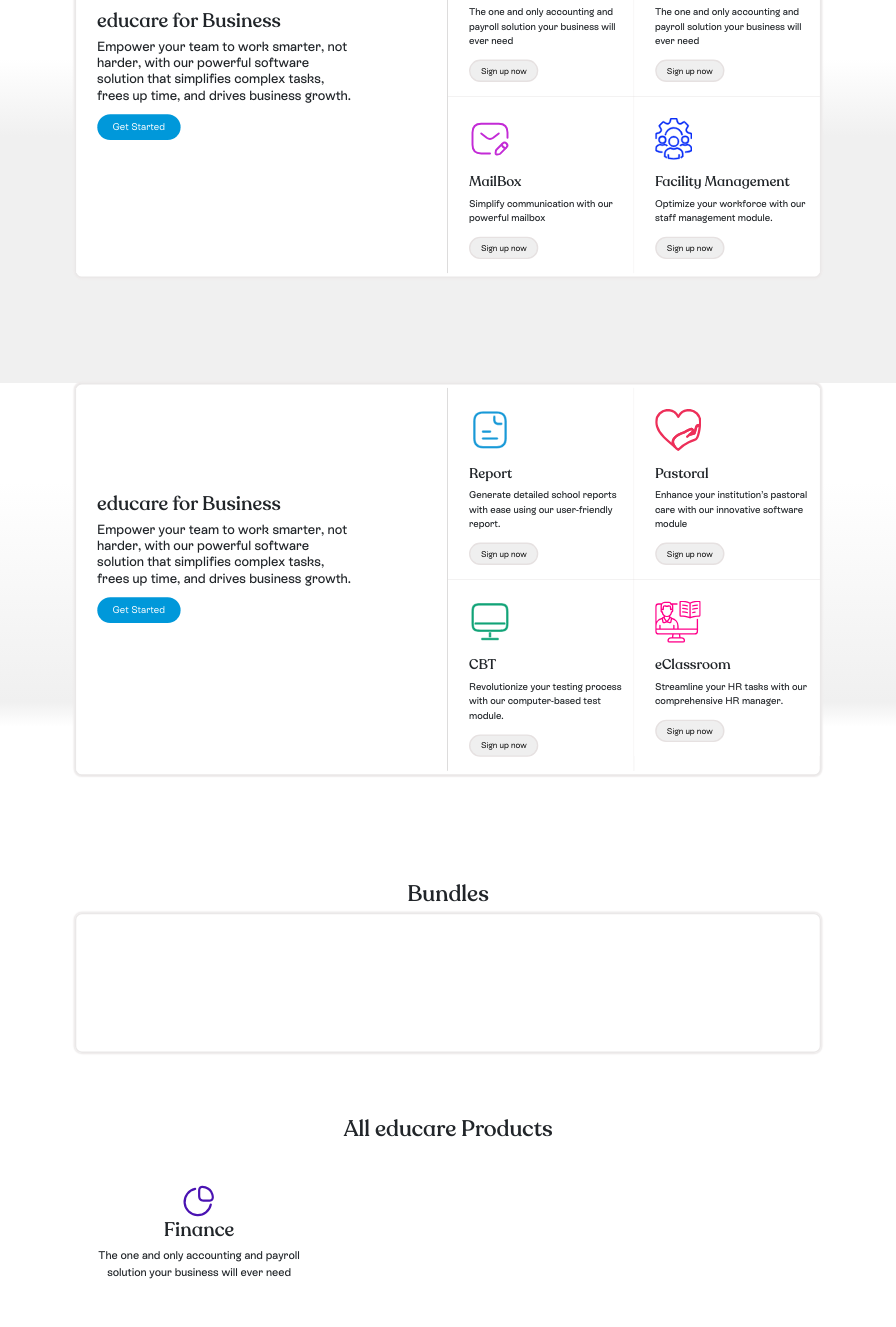
Repository: sarahnnanyelugo/educare-web
Page: /
The author's editor kept a copy of each file at every save. The page is drawn from the files as they stood at one save, then again after the next save.
The browser window is 1280 px wide. The pictures show the part of the page from y = 1343 to 3263 px (the page is 3239 px tall before and 3263 px after), at 70% of full size.
The project was rebuilt for these pictures with package versions that can differ from the ones it lists, and the page was loaded fresh each time.

Above is the page before, as saved 2023-04-05 10:14:30.

### src/App.jsx
import React from "react";
import logo from "./logo.svg";
import "./App.scss";
import "bootstrap/dist/css/bootstrap.min.css";
import { BrowserRouter, Routes, Route, Link, Outlet } from "react-router-dom";
import NavBar from "./components/NavBar/NavBar";
import { Home } from "./pages/Home/Home";

function App() {
  return (
    <>
      {" "}
      <NavBar />
      <Routes>
        <Route path="/" element={<Home />} />
      </Routes>
    </>
  );
}

export default App;

### src/App.scss
@font-face {
  font-family: rebondG;
  src: url(./assets/fonts/Rebond_font/RebondG.otf);
}
@font-face {
  font-family: rebondG-Bold;
  src: url(./assets/fonts/Rebond_font/RebondG-Bold.otf);
}
@font-face {
  font-family: rebondG-Medium;
  src: url(./assets/fonts/Rebond_font/RebondGrotesqueMedium.otf);
}

@font-face {
  font-family: recoMedium;
  src: url(./assets/fonts/Recoleto-font/RecoletaAlt-Medium.ttf);
}

h1,
h2,
h3,
h4,
h5,
h6 {
  font-family: recoMedium;
}
p {
  font-family: rebondG-Medium;
}
@media screen and (min-width: 620px) {
  .flexy {
    display: flex;
  }
}

### src/components/NavBar/NavBar.tsx
import React from "react";
import Logo from "../../assets/images/educare-logo.png";
import { Link, NavLink } from "react-router-dom";
import "./_navbar.scss";

function NavBar() {
  return (
    <div className="navbar-container">
      <div className="logo-holder  ">
        {" "}
        <Link to={"/"}>
          {" "}
          <img className="   logo" src={Logo} alt="Scholar" />
        </Link>
      </div>
      <ul className=" list-inline list-unstyled nav-links-container">
        <li className="list-inline-item">
          <NavLink to={""} className="nav-links">
            Solutions{" "}
            <span>
              <i className="icofont-curved-down"></i>
            </span>
          </NavLink>
        </li>{" "}
        <li className="list-inline-item">
          <NavLink to={""} className="nav-links">
            Resources
          </NavLink>
        </li>{" "}
        <li className="list-inline-item">
          <NavLink to={""} className="nav-links">
            Pricing
          </NavLink>
        </li>{" "}
        <li className="list-inline-item">
          <NavLink to={""} className="nav-links">
            Support
          </NavLink>
        </li>
      </ul>
      <div className="nav-buttons">
        <button className="sign-in-button">Log in</button>
        <button className="get-started-button">Get Started</button>
      </div>
    </div>
  );
}

export default NavBar;

### src/pages/Home/Home.tsx
import React from "react";
import { RandomComponent } from "./RandomComponent/RandomComponent";
import "./_home.scss";
import RedIcon from "../../assets/images/red-dots.svg";
import BlueIcon from "../../assets/images/blue-dots.svg";
import YellowIcon from "../../assets/images/yellow-dots.svg";
import HalfCircle from "../../assets/images/half-circle.svg";
import People from "../../assets/images/people.svg";
import Mail from "../../assets/images/edit.svg";
import People2 from "../../assets/images/people2.svg";
import Pastoral from "../../assets/images/pastoral.svg";
import Chart from "../../assets/images/chart.svg";
import Screen from "../../assets/images/screen.svg";
import Classroom from "../../assets/images/read-book.svg";
import Features from "./Features/Features";
import EducareProducts from "./EducareProducts/EducareProducts";

export const Home = () => {
  return (
    <>
      <div className="col-md-12 modern-solutions-container">
        <center>
          <div className="col-md-6">
            <h1>Modern solution for your Business</h1>
            <p>
              Unlock Your Business’s Potential with Cutting-Edge Software
              Solutions Designed to Streamline Operations, Optimize Performance,
              and Drive Growth.
            </p>
            <button className="gs-button">Get started</button>
            <button className="request-button">Request for a demo</button>
          </div>
        </center>
      </div>
      <div className="col-md-12 actions-container">
        <div className="col-md-4">
          <div className="col-md-9">
            {" "}
            <RandomComponent
              title="Pick your tools"
              icon={RedIcon}
              paragraph=" Unlock Your Business Potential with Cutting-Edge Software  Solutions Designed to Streamline"
            />
          </div>
        </div>
        <div className="col-md-4">
          <div className="col-md-9">
            {" "}
            <RandomComponent
              title="work smart not hard"
              icon={YellowIcon}
              paragraph="Choose from our wide range of tools and select the ones that best fit Your business’s unique needs and goals.”"
            />
          </div>
        </div>
        <div className="col-md-4">
          <div className="col-md-9">
            {" "}
            <RandomComponent
              title="We’ve got your back"
              icon={BlueIcon}
              paragraph="You can count on our support and expertise every step of the way, so you can focus on your business’s growth and success."
            />
          </div>
        </div>
      </div>
      <div className="features-heading">
        <center>
          <h1>Featured Products</h1>
        </center>
      </div>
      <div
        className="col-md-12  flexy features-holder"
        style={{ paddingBottom: "150px" }}
      >
        <div className="col-md-1">&nbsp;</div>
        <div className="col-md-10  features-container flexy">
          <div className="col-md-6 first-container">
            <h3>educare for Business</h3>
            <p>
              Empower your team to work smarter, not harder, with our powerful
              software solution that simplifies complex tasks, frees up time,
              and drives business growth.
            </p>
            <button>Get Started</button>
          </div>
          <div className="col-md-6">
            <div className="col-md-12 flexy">
              {" "}
              <div className="col-md-6 right-features">
                <Features
                  feature="Finance"
                  detail="The one and only accounting and payroll solution your business will ever need"
                  icon={HalfCircle}
                />{" "}
              </div>{" "}
              <div className="col-md-6">
                <Features
                  feature="HR Manager"
                  detail="The one and only accounting and payroll solution your business will ever need"
                  icon={People2}
                />{" "}
              </div>
            </div>
            <div className="col-md-12 flexy second-grid">
              {" "}
              <div className="col-md-6 right-features">
                <Features
                  feature="MailBox"
                  detail="Simplify communication with our powerful mailbox"
                  icon={Mail}
                />{" "}
              </div>{" "}
              <div className="col-md-6">
                <Features
                  feature="Facility Management"
                  detail="Optimize your workforce with our staff management module."
                  icon={People}
                />{" "}
              </div>
            </div>
          </div>
        </div>
      </div>{" "}
      <div className="col-md-12  flexy features-holder2">
        <div className="col-md-1">&nbsp;</div>
        <div className="col-md-10  features-container flexy ">
          <div className="col-md-6 first-container">
            <h3>educare for Business</h3>
            <p>
              Empower your team to work smarter, not harder, with our powerful
              software solution that simplifies complex tasks, frees up time,
              and drives business growth.
            </p>
            <button>Get Started</button>
          </div>
          <div className="col-md-6">
            <div className="col-md-12 flexy">
              {" "}
              <div className="col-md-6 right-features">
                <Features
                  feature="Report"
                  detail="Generate detailed school reports with ease using our user-friendly report."
                  icon={Chart}
                />{" "}
              </div>{" "}
              <div className="col-md-6">
                <Features
                  feature="Pastoral"
                  detail="Enhance your institution’s pastoral care with our innovative software module"
                  icon={Pastoral}
                />{" "}
              </div>
            </div>
            <div className="col-md-12 flexy second-grid">
              {" "}
              <div className="col-md-6 right-features">
                <Features
                  feature="CBT"
                  detail="Revolutionize your testing process with our computer-based test module."
                  icon={Screen}
                />{" "}
              </div>{" "}
              <div className="col-md-6">
                <Features
                  feature="eClassroom"
                  detail="Streamline your HR tasks with our comprehensive HR manager."
                  icon={Classroom}
                />{" "}
              </div>
            </div>
          </div>
        </div>
      </div>
      <center className="mt">
        <h2>Bundles</h2>
      </center>
      <div className="col-md-12 bundles-container flexy">
        <div className="col-md-1">&nbsp;</div>
        <div className="col-md-10 bundles"></div>
      </div>
      <center className="mt9">
        <h2>All educare Products</h2>
      </center>
      <div className="col-md-12 flexy">
        <div className="col-md-1">&nbsp;</div>
        <div className="col-md-10  flexy products-container">
          <div className="col-md-4 first-product-column">
            <EducareProducts
              productName="Finance"
              productDetail="The one and only accounting and payroll solution your business will ever need"
              productIcon={HalfCircle}
            />
          </div>
        </div>
      </div>
    </>
  );
};

### src/components/NavBar/_navbar.scss
@import "../../variables";
@import "../../shared-styles";

.navbar-container {
  background: inherit;
  padding: 5px 80px;
  display: flex;

  .logo-holder {
    flex-grow: 1;
  }
  .nav-links-container {
    flex-grow: 1;
    margin-top: 20px;
    .nav-links {
      margin: 20px;
      color: #6f6f71;
      text-decoration: none;
      font-family: rebondG-Bold;
    }
    li {
      padding: 3px 0px;
      border-radius: 35px;
      transition: 0.5s ease;
      &:hover {
        background: rgb(224, 222, 222) !important;

        border: solid 1px grey;
      }
    }
  }
  .nav-buttons {
    .get-started-button {
      @include get-started-button;
      margin-left: 10px;
      margin-top: 20px;
    }
    .sign-in-button {
      @include login-or-signup-button;
      margin-top: 20px;
    }
  }
}

### src/pages/Home/RandomComponent/RandomComponent.tsx
import React from "react";
import "./_random-component.scss";
export interface RandomComponentProps {
  title: string;
  paragraph: string;
  icon: string;
}
export const RandomComponent = (props: RandomComponentProps) => {
  return (
    <div className="col-md-12 random-container">
      <div className="heading">
        {" "}
        <img className="" src={props.icon} alt="Scholar" width="100%" />
        <h3>{props.title}</h3>
      </div>
      <p>{props.paragraph}</p>
    </div>
  );
};

### src/pages/Home/_home.scss
@import "../../variables";
@import "../../shared-styles";

.modern-solutions-container {
  padding-top: 80px;
  padding-bottom: 150px;
  background: rgb(240, 240, 240);
  background: linear-gradient(
    0deg,
    rgba(240, 240, 240, 1) 51%,
    rgba(255, 255, 255, 1) 67%
  );

  h1 {
    font-family: recoMedium;
  }
  p {
    font-family: rebondG-Medium;
    font-size: 20px;
    margin-top: 15px;
  }
  .gs-button {
    @include get-started-button;
  }
  .request-button {
    @include login-or-signup-button;
    margin-left: 5px;
  }
}
.actions-container {
  background: $lightblue;
  height: fit-content;
  display: flex;
  padding: 80px 100px;
}
.features-heading {
  margin-top: 170px;
  margin-bottom: 90px;
}
.features-container {
  border: solid 2px rgb(234, 232, 232);
  box-shadow: 0 0 2px 2px rgb(238, 235, 235);
  border-radius: 10px !important;
  height: fit-content;
  // margin-top: 20px;
  padding-bottom: 5px;
  padding-top: 5px;
  background: #fff;
  .first-container {
    padding-right: 130px;
    background: #fff;
    padding-left: 30px;
    border-right: solid 1px rgb(206, 205, 205);
    h3 {
      margin-top: 150px;
    }
    p {
      font-size: 19px;
      line-height: 23px;
    }
    button {
      @include get-started-button;
      margin-bottom: 120px;
    }
  }
  .second-grid {
    border-top: solid 1px rgb(231, 228, 228);
    // box-shadow: 0 0 1px 1px rgb(238, 235, 235);
  }
  .right-features {
    // box-shadow: 0 0 1px 1px rgb(238, 235, 235);
    border-right: solid 1px rgb(231, 228, 228);
  }
}
.features-holder {
  background: rgb(240, 240, 240);
  background: linear-gradient(
    0deg,
    rgba(240, 240, 240, 1) 51%,
    rgba(255, 255, 255, 1) 67%
  );
}
.features-holder2 {
  background: rgb(255, 255, 255);
  background: linear-gradient(
    0deg,
    rgba(255, 255, 255, 1) 31%,
    rgba(240, 240, 240, 1) 36%,
    rgba(255, 255, 255, 1) 80%
  );
  padding-bottom: 150px;
}
.bundles {
  border: solid 2px rgb(234, 232, 232);
  box-shadow: 0 0 2px 2px rgb(238, 235, 235);
  border-radius: 10px !important;
  height: 200px;
  // margin-top: 20px;
  padding-bottom: 5px;
  padding-top: 5px;
}
.products-container {
  .first-product-column {
    padding: 50px 30px;
  }
}

### src/pages/Home/Features/Features.tsx
import React from "react";
import "./_features.scss";
export interface featuresProps {
  feature: string;
  detail: string;
  icon: string;
}
export const Features = (props: featuresProps) => {
  return (
    <>
      <div className="col-md-12 features">
        <img className="" src={props.icon} alt="Scholar" />
        <h5>{props.feature}</h5>
        <p>{props.detail}</p>
        <button>Sign up now</button>
      </div>
    </>
  );
};

export default Features;

### src/pages/Home/EducareProducts/EducareProducts.tsx
import React from "react";
import './educare-products.scss'
export interface ProductComponentProps {
  productName: string;
  productDetail: string;
  productIcon: string;
}
export const EducareProducts = (props: ProductComponentProps) => {
  return (
    <>
      <div className="col-md-12 educare-products">
        <center>
          <img
            className=""
            src={props.productIcon}
            alt="Scholar"
            width="100%"
          />
          <h3>{props.productName}</h3>
          <p>{props.productDetail}</p>
        </center>
      </div>
    </>
  );
};

export default EducareProducts;

### src/_variables.scss
$blue: #0098da;
$lightblue: #e1f2fa;

@mixin get-started-button {
  background-color: $blue;
  color: #fff;
  border-radius: 35px;
  border: none;
  padding: 8px 22px;
  font-size: 14px;
  font-family: rebondG;
  &:hover {
    background: #005b83;
    transition: 0.5s ease;
  }
}
@mixin login-or-signup-button {
  baclground: #fff;
  color: black;
  border-radius: 20px;
  padding: 5px 15px;
  font-size: 12px;
  border: none;
  border: solid 2px rgb(230, 225, 225);
  font-family: rebondG;
  &:hover {
    background: grey;
    transition: 0.5s ease;
  }
}

### src/_shared-styles.scss
.mt1 {
  margin-top: 10px;
}
.mt2 {
  margin-top: 20px;
}
.mt3 {
  margin-top: 30px;
}
.mt4 {
  margin-top: 40px;
}
.mt5 {
  margin-top: 50px;
}
.mt6 {
  margin-top: 60px;
}
.mt7 {
  margin-top: 70px;
}
.mt8 {
  margin-top: 80px;
}
.mt9 {
  margin-top: 90px;
}

### src/pages/Home/RandomComponent/_random-component.scss
.random-container {
  img {
    width: 20px;
    // margin-right: 10px;
  }
  .heading {
    display: flex;
    h3 {
      font-family: recoMedium;
      margin-left: 10px;
    }
  }
  p {
    font-family: rebondG-Medium;
    margin-left: 30px;
    font-size: 17px;
  }
}

### src/pages/Home/Features/_features.scss
@import "../../../variables";
@import "../../../shared-styles";

.features {
  padding-left: 30px;
  height: fit-content;
  padding-bottom: 20px;
  background: #fff;
  img {
    height: 60px;
    margin-left: 0 !important;
    margin-top: 30px;
    margin-bottom: 20px;
  }
  button {
    @include login-or-signup-button;
    // margin-bottom: 50px;
  }
  p {
    font-size: 14px;
  }
}

### src/pages/Home/EducareProducts/educare-products.scss
.educare-products {
  img {
    height: 50px;
  }
}

Loaded but not shown: public/index.html (common file); src/index.tsx (common file); src/index.css (common file); src/reportWebVitals.ts (common file)

After the next save:
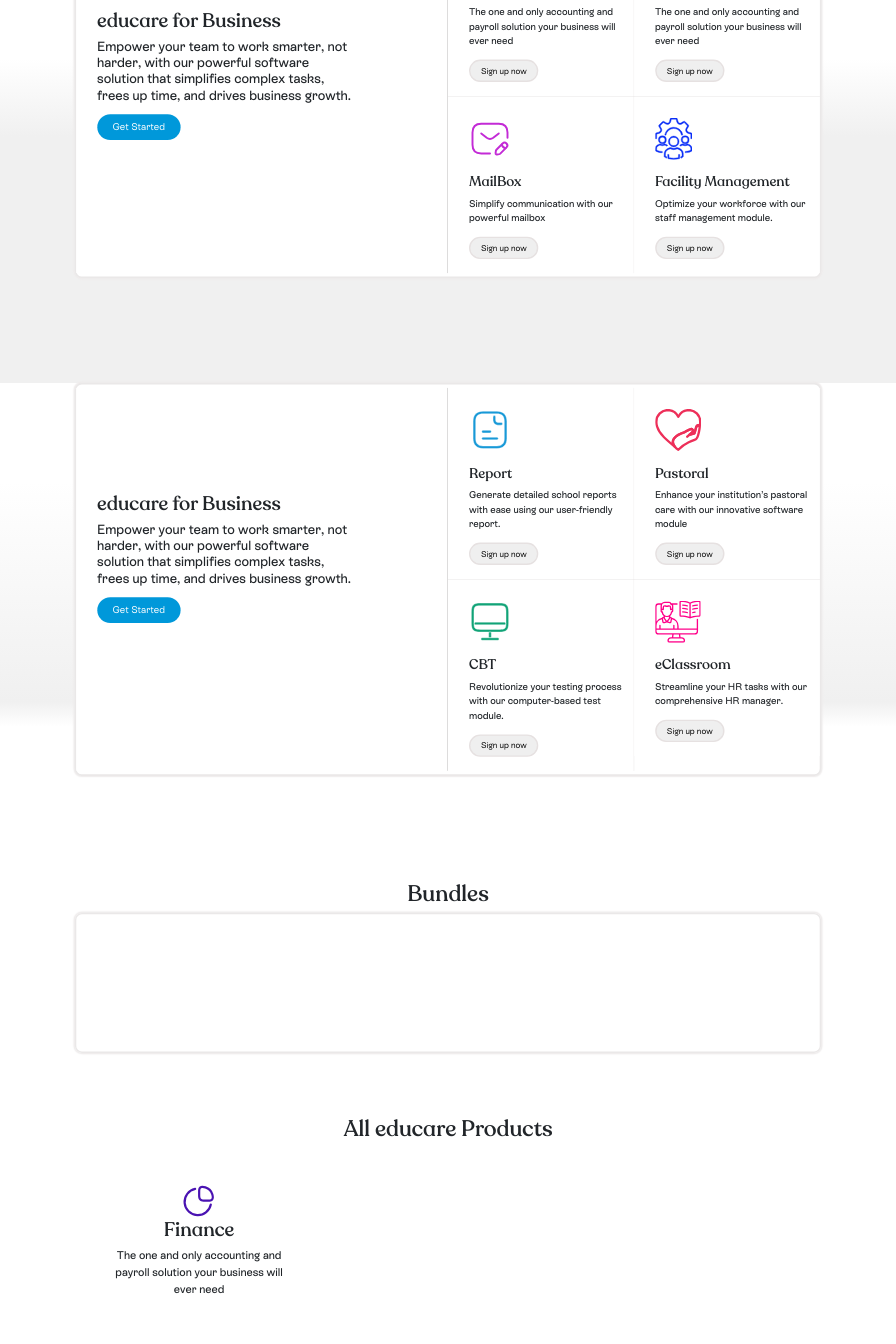
Saved 19 s later.
--- a/src/pages/Home/_home.scss
+++ b/src/pages/Home/_home.scss
@@ -101,6 +101,6 @@
 }
 .products-container {
   .first-product-column {
-    padding: 50px 30px;
+    padding: 50px 40px;
   }
 }
